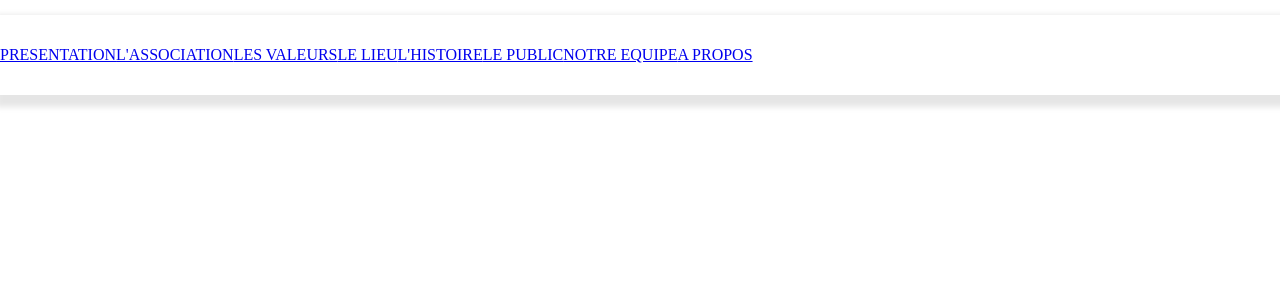
Repository: assanendao171/projet-teranga
Page: presentation.html
An editor plug-in stored every save of this project. The page is shown before and after the next save, followed by the edit.
The browser window is 1280 px wide. The pictures show the whole page.

Above is the page before, as saved 2026-02-11 11:31:07.

### presentation.html
<!DOCTYPE html>
<html lang="en">
<head>
    <meta charset="UTF-8">
    <meta name="viewport" content="width=device-width, initial-scale=1.0">
    <title>Document</title>
    <link rel="stylesheet" href="presentation.css">
</head>
<body>
<!-- l'entete -->
 <header>
<div class="btn-nav">
    <nav>
<a href="presentation.css" target="_blank">PRESENTATION</a>
<a href="association.html" target="_blank">L'ASSOCIATION</a>
<a href="valeur.html" target="_blank">LES VALEURS</a>
<a href="lieu.html" target="_blank">LE LIEU</a>
<a href="histoire.html" target="_blank">L'HISTOIRE</a>
<a href="public.html" target="_blank">LE PUBLIC</a>
<a href="equipe.html" target="_blank">NOTRE EQUIPE</a>
<a href="propos.html" target="_blank">A PROPOS</a>
    </nav>
</div>
 </header>
 <!-- le corps -->
  <main></main>
  <!-- le pieds -->
   <footer></footer>
</body>
</html>

### presentation.css
body{
    margin: 15px 0 5px 0;
}
header{
width: 100%;
height: 80px;
background-color: #FFFFFF;
box-shadow: 2px 6px 6px 6px rgba(0, 0, 0, 0.1);
display: flex;
align-items: center;
}
.btn-nav nav{
    display: flex;
align-items: center;
justify-content: center;
}

After the next save:
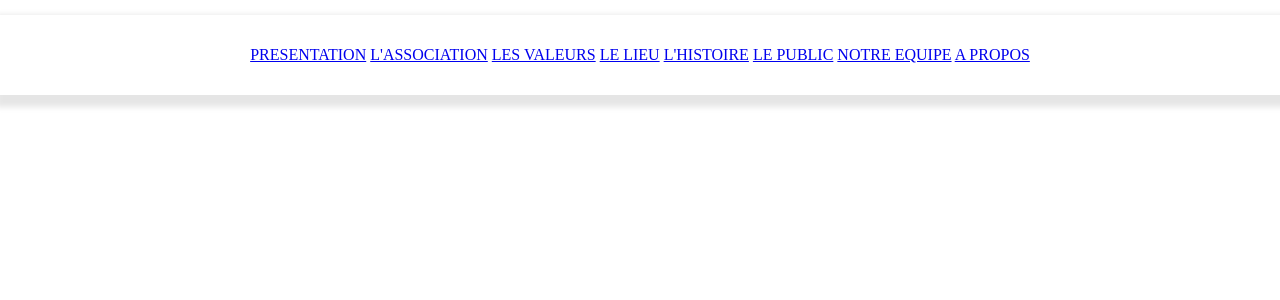
Saved 15 s later.
--- a/presentation.css
+++ b/presentation.css
@@ -8,9 +8,8 @@ background-color: #FFFFFF;
 box-shadow: 2px 6px 6px 6px rgba(0, 0, 0, 0.1);
 display: flex;
 align-items: center;
-}
-.btn-nav nav{
-    display: flex;
-align-items: center;
 justify-content: center;
 }
+.btn-nav{
+    margin: 40px;
+}
